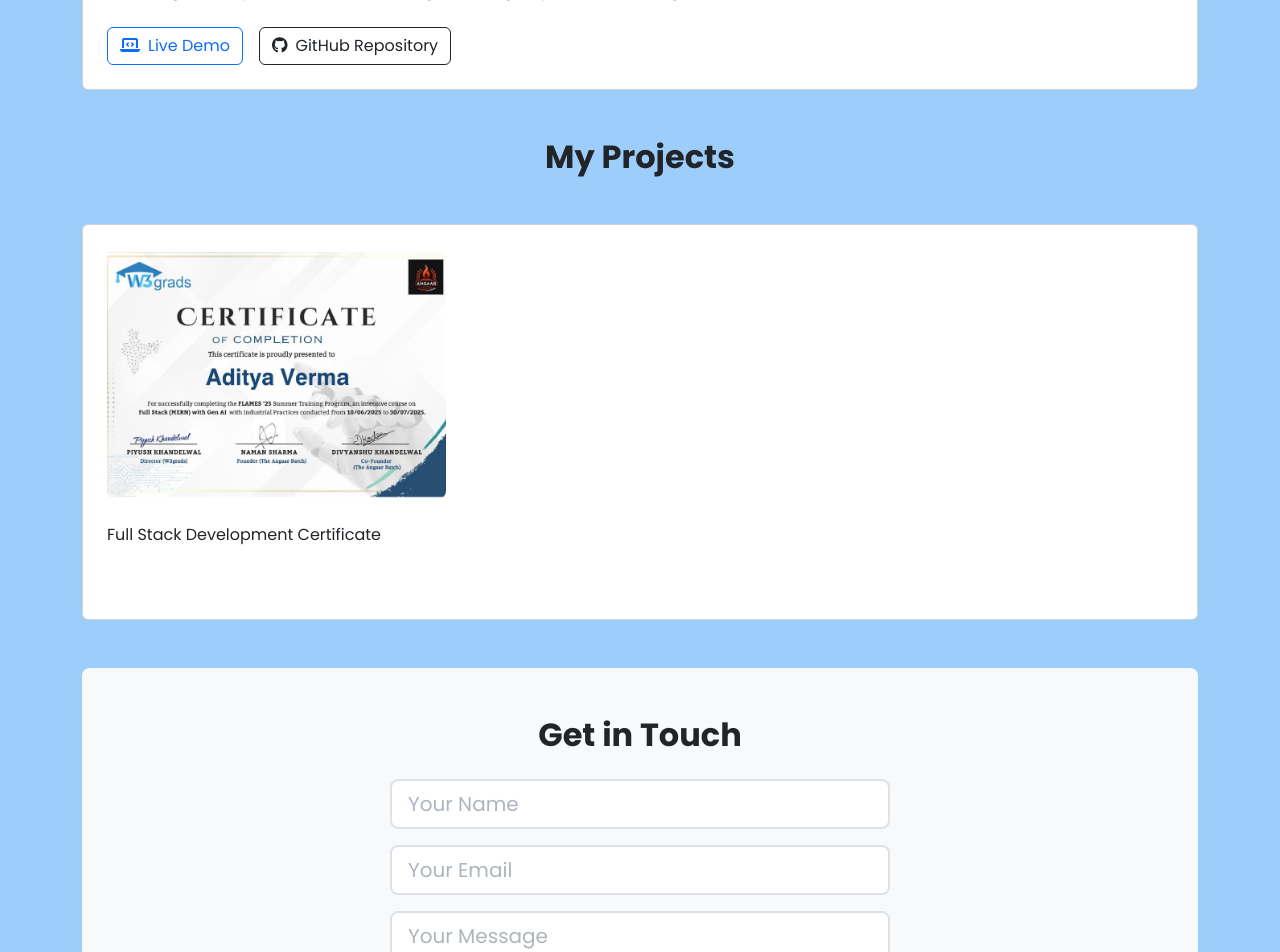
Repository: AdityaTech-Pro/Portfolio-Aditya-Verma
Page: Aditya Portfolio/index.html
An editor plug-in stored every save of this project. The page is shown before and after a run of saves, followed by the edit.
The browser window is 1280 px wide. The pictures show the part of the page from y = 4183 to 5135 px (the page is 5530 px tall before and 5482 px after).

Above is the page before, as saved 2026-01-08 00:25:23.

### Aditya Portfolio/index.html
<!DOCTYPE html>
<html lang="en">

<head>
    <meta charset="UTF-8">
    <meta name="viewport" content="width=device-width, initial-scale=1.0">
    <title>My Portfolio - Bootstrap Utilities</title>
    <!-- Bootstrap CSS -->
    <link href="https://cdn.jsdelivr.net/npm/bootstrap@5.3.2/dist/css/bootstrap.min.css" rel="stylesheet">
    <!-- Font Awesome for icons -->
    <link rel="stylesheet" href="https://cdnjs.cloudflare.com/ajax/libs/font-awesome/6.4.2/css/all.min.css">
    <!-- Google Font: Poppins -->
    <link href="https://fonts.googleapis.com/css2?family=Poppins:wght@300;400;600;700&display=swap" rel="stylesheet">
    <!-- Local custom styles -->
    <link rel="stylesheet" href="styles.css">
    <style>
        /* Custom styles to complement Bootstrap */

         :root {
            --bg: #9dcdfa;
            --card-bg: #ffffff;
            --accent: #0d6efd;
            --text: #212529;
        }

        body {
            background-color: var(--bg);
            color: var(--text);
            transition: background-color 0.3s ease, color 0.3s ease;
        }

        .profile-section {
            background: linear-gradient(to bottom, #f8f9fa, #e9ecef);
            transition: transform 0.3s ease, background 0.3s ease;
        }
        /* Top bar with theme toggle */

        .topbar {
            display: flex;
            justify-content: flex-end;
            align-items: center;
            gap: 1rem;
            margin-bottom: 1rem;
        }

        .theme-toggle {
            display: inline-flex;
            align-items: center;
            gap: 0.5rem;
            background: transparent;
            border: 1px solid rgba(0, 0, 0, 0.08);
            padding: 0.6rem 1rem;
            border-radius: 999px;
            cursor: pointer;
            color: var(--text);
            transition: all 0.3s ease;
        }

        .theme-toggle:hover {
            background: rgba(0, 0, 0, 0.05);
            transform: translateY(-1px);
        }

        .theme-toggle:active {
            transform: translateY(1px);
        }

        .theme-toggle i {
            font-size: 1.1rem;
        }

        .theme-toggle .fa-sun {
            color: #ff9500;
        }

        .theme-toggle .fa-moon {
            display: none;
            color: #6366f1;
        }

        .dark-theme .theme-toggle .fa-sun {
            display: none;
        }

        .dark-theme .theme-toggle .fa-moon {
            display: inline-block;
        }

        .btn-custom {
            transition: transform 0.3s ease;
        }

        .btn-custom:hover {
            transform: translateY(-2px);
        }

        .form-control:focus {
            box-shadow: 0 0 0 0.25rem rgba(13, 110, 253, 0.2);
        }

        .profile-img {
            width: 200px;
            height: 200px;
            object-fit: cover;
            border: 4px solid white;
            box-shadow: 0 4px 6px rgba(0, 0, 0, 0.1);
            transition: transform 0.25s ease;
        }

        .profile-img:hover {
            transform: scale(1.03);
        }
        /* Dark theme overrides */

        body.dark-theme {
            --bg: #0f1724;
            --card-bg: #111827;
            --muted: #9ca3af;
            --accent: #60a5fa;
            --text: #e6eef8;
        }

        .dark-theme .profile-section {
            background: linear-gradient(180deg, rgba(255, 255, 255, 0.02), rgba(255, 255, 255, 0.01));
        }

        .dark-theme .bg-light {
            background-color: #0b1220 !important;
            color: var(--text) !important;
            border: 1px solid rgba(255, 255, 255, 0.04);
        }

        .dark-theme .text-muted {
            color: var(--muted) !important;
        }

        .dark-theme .theme-toggle {
            border-color: rgba(255, 255, 255, 0.1);
        }

        .dark-theme .theme-toggle:hover {
            background: rgba(255, 255, 255, 0.05);
        }
        /* Small polish */

        .max-width-500 {
            max-width: 500px;
        }

        footer a {
            color: inherit;
        }

        @media (max-width: 768px) {
            .profile-img {
                width: 150px;
                height: 150px;
            }
            .topbar {
                justify-content: center;
            }
        }
        /* Project section styles */

        .project-img {
            height: 250px;
            object-fit: cover;
            border-radius: 8px;
        }

        .project-card {
            transition: transform 0.3s ease;
            background: var(--card-bg);
        }

        .project-card:hover {
            transform: translateY(-5px);
        }

        .project-links a {
            transition: opacity 0.3s ease;
        }

        .project-links a:hover {
            opacity: 0.8;
        }

        .video-container {
            position: relative;
            padding-bottom: 56.25%;
            /* 16:9 aspect ratio */
            height: 0;
            overflow: hidden;
            border-radius: 8px;
        }

        .video-container iframe {
            position: absolute;
            top: 0;
            left: 0;
            width: 100%;
            height: 100%;
            border: 0;
        }
    </style>
</head>

<body>
    <!-- Main Container -->
    <div class="container py-5">
        <!-- Top bar: theme toggle and quick actions -->
        <div class="topbar">
            <button id="themeToggle" class="theme-toggle" aria-pressed="false" aria-label="Toggle dark mode">
                <i class="fas fa-sun" aria-hidden="true"></i>
                <i class="fas fa-moon" aria-hidden="true"></i>
                <span class="visually-hidden">Toggle theme</span>
            </button>
        </div>
        <!-- Profile Section -->
        <section class="profile-section p-5 rounded-3 text-center mb-5">
            <img src="https://avatars.githubusercontent.com/u/219658559?s=400&u=7e5a78b2bf82817b3f897e4e53b1019b24af58ee&v=4" alt="Profile Picture" class="profile-img img-fluid rounded-circle mb-4">

            <h1 class="fw-bold mb-2">Aditya Verma</h1>
            <p class="text-muted fs-5 mb-4">Full Stack Web Developer who loves turning ideas into high-performance web applications. With expertise in full-stack MERN development, APIs, and AI 🧠⚙️, I focus on building smart, scalable solutions, Have Command on DSA while solving 500+
                Problem on Leetcode and Well aware about Oop 's ,DBMS ,Computer Network, OS</p>

            <!-- Action Buttons -->
            <div class="d-flex justify-content-center gap-3 mb-5">
                <button class="btn btn-primary btn-lg btn-custom">
                    Hire Me
                </button>
                <a href="./assets/AdityaVerma_Resume.pdf" class="btn btn-outline-primary " download>
                    <i class="fas fa-download me-2"></i>Download CV
                </a>
                <a href="https://www.linkedin.com/in/9905adityaverma/" class="btn btn-outline-primary " target="_blank ">
                    <i class="fa:linkedin-square"></i>My LinkedIn
                </a>
                <a href="https://github.com/AdityaTech-Pro" class="btn btn-outline-primary " target="_blank ">
                    <i class="fab fa-github me-2 "></i>My GitHub
                </a>

            </div>
        </section>

        <!-- Projects Section -->
        <section class="mb-5">
            <h2 class="text-center fw-bold mb-5"> My Projects</h2>

            <!--Project1-->
            <div class="card project-card mb-5">
                <div class="card-body p-4">
                    <h3 class="card-title fw-bold mb-3">AI-Based-Investor-Startup-Matchmaking-Platform</h3>

                    <!-- Project Images -->
                    <div class="row g-4 mb-4">
                        <div class="col-md-4">
                            <img src="./assets/P1a.png" alt="Project Screenshot 1" class="project-img img-fluid w-100">
                        </div>
                        <div class="col-md-4">
                            <img src="./assets/P1b.png" alt="Project Screenshot 2" class="project-img img-fluid w-100">
                        </div>
                        <div class="col-md-4">
                            <img src="./assets/P1c.png" alt="Project Screenshot 3" class="project-img img-fluid w-100">
                        </div>
                    </div>

                    <!-- Project Video -->
                    <div class="video-container mb-4">
                        <iframe src="./assets/Project (AI based S&IP).mp4" title="Project Demo " allow="accelerometer; autoplay; clipboard-write; encrypted-media; gyroscope; picture-in-picture " allowfullscreen></iframe>
                    </div>

                    <!-- Project Description -->
                    <p class="card-text mb-4 ">
                        An innovative platform that uses artificial intelligence to match investors with promising startups based on various parameters including industry focus, investment stage, funding requirements, and growth metrics.
                    </p>

                    <!-- Project Links -->
                    <div class="project-links d-flex gap-3 ">
                        <a href="http://localhost:3000 " class="btn btn-outline-primary " target="_blank ">
                            <i class="fas fa-laptop-code me-2 "></i>Live Demo
                        </a>
                        <a href="https://github.com/KS-Vijay/AI-Based-Investor-Startup-Matchmaking-Platform " class="btn btn-outline-dark " target="_blank ">
                            <i class="fab fa-github me-2 "></i>GitHub Repository
                        </a>
                    </div>
                </div>
            </div>

            <!--Project2-->
            <div class="card project-card mb-5 ">
                <div class="card-body p-4 ">
                    <h3 class="card-title fw-bold mb-3 ">Lung Cancer Detection using Convolutional Neural Network (CNN)</h3>

                    <!-- Project Images -->
                    <div class="row g-4 mb-4 ">
                        <div class="col-md-4 ">
                            <img src="./assets/P2a.png " alt="Project Screenshot 1 " class="project-img img-fluid w-100 ">
                        </div>
                        <div class="col-md-4 ">
                            <img src="./assets/P2b.png " alt="Project Screenshot 2 " class="project-img img-fluid w-100 ">
                        </div>
                        <div class="col-md-4 ">
                            <img src="./assets/P2c.png " alt="Project Screenshot 3 " class="project-img img-fluid w-100 ">
                        </div>
                    </div>

                    <!-- Project Video -->
                    <div class="video-container mb-4 ">
                        <iframe src="./assets/Project Lung Cancer Detection using Full Stack MERN and AIML CNN Model.mp4 " title="Project Demo " allow="accelerometer; autoplay; clipboard-write; encrypted-media; gyroscope; picture-in-picture " allowfullscreen></iframe>
                    </div>

                    <!-- Project Description -->
                    <p class="card-text mb-4 ">
                        An innovative platform that uses artificial intelligence to match investors with promising startups based on various parameters including industry focus, investment stage, funding requirements, and growth metrics.
                    </p>

                    <!-- Project Links -->
                    <div class="project-links d-flex gap-3 ">
                        <a href="http://localhost:3000 " class="btn btn-outline-primary " target="_blank ">
                            <i class="fas fa-laptop-code me-2 "></i>Live Demo
                        </a>
                        <a href="https://github.com/AdityaTech-Pro/Lung-Cancer-Detection-using-Convolutional-Neural-Network" class="btn btn-outline-dark " target="_blank ">
                            <i class="fab fa-github me-2 "></i>GitHub Repository
                        </a>
                    </div>
                </div>
            </div>

            <!--Project3-->
            <div class="card project-card mb-5 ">
                <div class="card-body p-4 ">
                    <h3 class="card-title fw-bold mb-3 ">Braj Museum</h3>

                    <!-- Project Images -->
                    <div class="row g-4 mb-4 ">
                        <div class="col-md-4 ">
                            <img src="./assets/P3a.png " alt="Project Screenshot 1 " class="project-img img-fluid w-100 ">
                        </div>
                        <div class="col-md-4 ">
                            <img src="./assets/P3b.png " alt="Project Screenshot 2 " class="project-img img-fluid w-100 ">
                        </div>
                        <div class="col-md-4 ">
                            <img src="./assets/P3c.png " alt="Project Screenshot 3 " class="project-img img-fluid w-100 ">
                        </div>
                    </div>

                    <!-- Project Video -->
                    <div class="video-container mb-4 ">
                        <iframe src="./assets/Braj-Museum.mp4 " title="Project Demo " allow="accelerometer; autoplay; clipboard-write; encrypted-media; gyroscope; picture-in-picture " allowfullscreen></iframe>
                    </div>

                    <!-- Project Description -->
                    <p class="card-text mb-4 ">
                        An innovative platform that uses artificial intelligence to match investors with promising startups based on various parameters including industry focus, investment stage, funding requirements, and growth metrics.
                    </p>

                    <!-- Project Links -->
                    <div class="project-links d-flex gap-3 ">
                        <a href="http://localhost:3000 " class="btn btn-outline-primary " target="_blank ">
                            <i class="fas fa-laptop-code me-2 "></i>Live Demo
                        </a>
                        <a href="https://github.com/AdityaTech-Pro/Braj-Museum " class="btn btn-outline-dark " target="_blank ">
                            <i class="fab fa-github me-2 "></i>GitHub Repository
                        </a>
                    </div>
                </div>
            </div>
        </section>

        <section class="mb-5">
            <h2 class="text-center fw-bold mb-5"> My Projects</h2>
            <!--Certificate1-->
            <div class="card project-card mb-5">
                <div class="card-body p-4">
                    <div class="row g-4 mb-4">
                        <!--Image-->
                        <div class="col-md-4">
                            <img src="./assets/Full Stack Dev Certificate1.png" alt="Project Screenshot 1" class="project-img img-fluid w-100">
                        </div>
                        <!--Certificate name and Describtion-->
                        <p class="card-text mb-4 ">
                            Full Stack Development Certificate
                        </p>
                    </div>


                </div>
            </div>
        </section>

        <!-- Contact Form Section -->
        <section class="bg-light p-5 rounded-3 ">
            <h2 class="text-center fw-bold mb-4 ">Get in Touch</h2>

            <form class="max-width-500 mx-auto ">
                <div class="mb-3 ">
                    <input type="text " class="form-control form-control-lg " placeholder="Your Name " required>
                </div>

                <div class="mb-3 ">
                    <input type="email " class="form-control form-control-lg " placeholder="Your Email " required>
                </div>

                <div class="mb-4 ">
                    <textarea class="form-control form-control-lg " rows="4 " placeholder="Your Message " required></textarea>
                </div>

                <div class="text-center ">
                    <button type="submit " class="btn btn-primary btn-lg px-5 btn-custom ">
                        Send Message
                    </button>
                </div>
            </form>
        </section>

        <!-- Footer -->
        <footer class="text-center mt-5 ">
            <div class="d-flex justify-content-center gap-3 ">
                <a href="https://www.linkedin.com/in/aditya-verma-2a3915289/ " class="text-decoration-none text-dark ">LinkedIn</a>
                <a href="https://github.com/AdityaTech-Pro " class="text-decoration-none text-dark ">GitHub</a>
                <a href="# " class="text-decoration-none text-dark "></a>
            </div>
            <p class="text-muted mt-3 ">&copy; 2025 My Portfolio. All rights reserved.</p>
        </footer>
    </div>

    <!-- Theme toggle script -->
    <script>
        (function() {
            const toggle = document.getElementById('themeToggle');
            const body = document.body;
            const saved = localStorage.getItem('theme');

            if (!toggle) return;

            function applyTheme(theme) {
                if (theme === 'dark') {
                    body.classList.add('dark-theme');
                    toggle.setAttribute('aria-pressed', 'true');
                } else {
                    body.classList.remove('dark-theme');
                    toggle.setAttribute('aria-pressed', 'false');
                }
            }

            // initial theme: saved -> user preference -> light
            if (saved) {
                applyTheme(saved);
            } else if (window.matchMedia && window.matchMedia('(prefers-color-scheme: dark)').matches) {
                applyTheme('dark');
            }

            toggle.addEventListener('click', function() {
                const isDark = body.classList.toggle('dark-theme');
                localStorage.setItem('theme', isDark ? 'dark' : 'light');
                toggle.setAttribute('aria-pressed', String(isDark));
            });
        })();
    </script>

    <!-- Bootstrap JS -->
    <script src="https://cdn.jsdelivr.net/npm/bootstrap@5.3.2/dist/js/bootstrap.bundle.min.js "></script>
</body>

</html>

### Aditya Portfolio/styles.css
/* Custom styles to enhance Bootstrap */

/* Body and general styles */
body {
    font-family: 'Poppins', 'Segoe UI', system-ui, -apple-system, sans-serif;
    background-color: #ffffff;
}

/* Container max-width for larger screens */
.container {
    max-width: 1140px;
}

/* Profile section styling */
.profile-section {
    background: linear-gradient(135deg, #f8f9fa 0%, #e9ecef 100%);
    border: 1px solid rgba(0, 0, 0, 0.1);
    transition: transform 0.3s ease;
}

.profile-section:hover {
    transform: translateY(-5px);
}

/* Profile image styling */
.profile-img {
    width: 200px;
    height: 200px;
    object-fit: cover;
    border: 4px solid white;
    box-shadow: 0 4px 15px rgba(0, 0, 0, 0.1);
    transition: transform 0.3s ease;
}

.profile-img:hover {
    transform: scale(1.05);
}

/* Button enhancements */
.btn-custom {
    transition: all 0.3s ease;
    position: relative;
    overflow: hidden;
}

.btn-custom:hover {
    transform: translateY(-2px);
    box-shadow: 0 5px 15px rgba(0, 0, 0, 0.1);
}

.btn-custom:active {
    transform: translateY(0);
}

/* Form styling */
.form-control {
    border: 2px solid #dee2e6;
    transition: all 0.3s ease;
}

.form-control:focus {
    border-color: #0d6efd;
    box-shadow: 0 0 0 0.25rem rgba(13, 110, 253, 0.2);
}

.form-control::placeholder {
    color: #adb5bd;
}

/* Social links styling */
.social-links a {
    transition: color 0.3s ease, transform 0.15s ease;
    color: #0d6efd;
    font-weight: 700;
}

.social-links a:hover {
    color: #0b5ed7 !important;
    transform: translateY(-1px);
}

/* Custom animations */
@keyframes fadeInUp {
    from {
        opacity: 0;
        transform: translateY(20px);
    }
    to {
        opacity: 1;
        transform: translateY(0);
    }
}

.profile-section, .contact-form {
    animation: fadeInUp 0.5s ease-out forwards;
}

/* Form success state */
.form-control:valid {
    border-color: #198754;
}

/* Custom section styling */
.custom-section {
    border-radius: 15px;
    overflow: hidden;
}

/* Typography enhancements */
h1 {
    letter-spacing: -0.5px;
}

.tagline {
    font-size: 1.25rem;
    color: #6c757d;
}

/* Responsive adjustments */
@media (max-width: 768px) {
    .profile-img {
        width: 150px;
        height: 150px;
    }

    .btn-custom {
        width: 100%;
        margin-bottom: 0.5rem;
    }

    .profile-section {
        padding: 2rem !important;
    }
}

/* Dark mode support */
@media (prefers-color-scheme: dark) {
    body {
        background-color: #212529;
        color: #f8f9fa;
    }

    .profile-section {
        background: linear-gradient(135deg, #343a40 0%, #212529 100%);
    }

    .form-control {
        background-color: #343a40;
        border-color: #495057;
        color: #f8f9fa;
    }

    .form-control::placeholder {
        color: #6c757d;
    }

    .bg-light {
        background-color: #343a40 !important;
    }

    .text-dark {
        color: #f8f9fa !important;
    }
}

/* When user toggles dark-theme via JS */
.dark-theme .social-links a {
    color: #93c5fd;
}

.dark-theme .social-links a:hover {
    color: #60a5fa !important;
}

/* Handle anchors that also carry Bootstrap's .text-dark (which uses !important) */
.social-links a.text-dark {
    color: #0d6efd !important;
    font-weight: 700;
}

.dark-theme .social-links a.text-dark {
    color: #93c5fd !important;
}

/* Loading animation */
.page-loading {
    opacity: 0;
    animation: fadeIn 0.5s ease-out forwards;
}

@keyframes fadeIn {
    to {
        opacity: 1;
    }
}

/* Custom scrollbar */
::-webkit-scrollbar {
    width: 10px;
}

::-webkit-scrollbar-track {
    background: #f1f1f1;
}

::-webkit-scrollbar-thumb {
    background: #888;
    border-radius: 5px;
}

::-webkit-scrollbar-thumb:hover {
    background: #555;
}

After the next 7 saves:
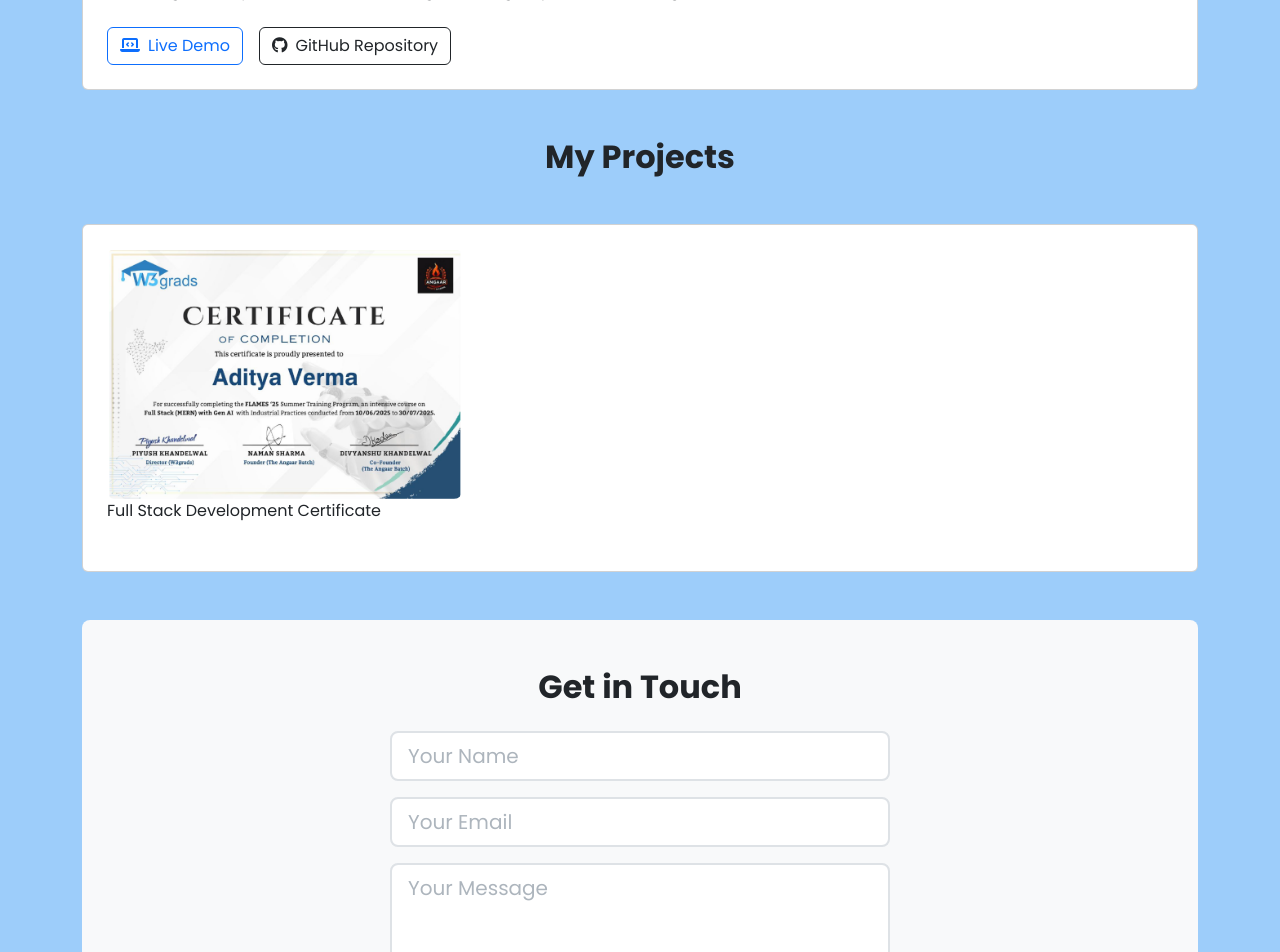
The 7 saves are shown as one change because they came seconds apart.
The last was saved 2 min 11 s later.
--- a/Aditya Portfolio/index.html
+++ b/Aditya Portfolio/index.html
@@ -372,7 +372,24 @@
             <!--Certificate1-->
             <div class="card project-card mb-5">
                 <div class="card-body p-4">
-                    <div class="row g-4 mb-4">
+                    <div class="<html>
+                    <head>
+                    <title>Image Map</title>
+                    </head>
+                    <h1 align=&center&><strong>Web page with image maps</strong></h1>
+                    <body>
+                    <h2 align=&center&>Click on the plant to watch the tree</h2>
+                    <img
+                    src=&https://thumbs.dreamstime.com/b/plant-seeds-planting-trees-growth-seeds-ge
+                    rminating-good-quality-soils-nature-plant-seeds-planting-trees-growth-129899351
+                    .jpg& align=&center& alt=&plants& usemap=&#growing process&>
+                    <map name=&growing process&>
+                    <area shape=&rect& coords=&404,114,630,250& alt=&sun&
+                    href=&https://upload.wikimedia.org/wikipedia/commons/e/eb/Ash_Tree_-_geograph.o
+                    rg.uk_-_590710.jpg&>
+                    </map>
+                    </body>
+                    </html> mb-4">
                         <!--Image-->
                         <div class="col-md-4">
                             <img src="./assets/Full Stack Dev Certificate1.png" alt="Project Screenshot 1" class="project-img img-fluid w-100">
